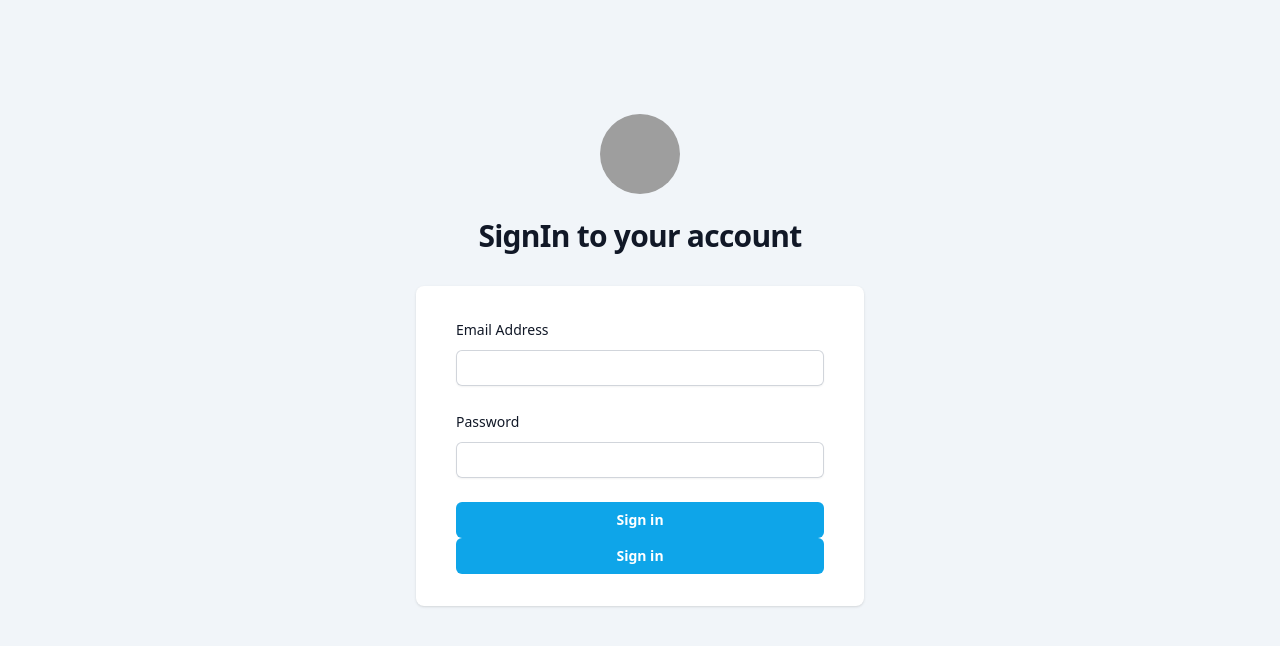
Repository: zecht12/zechtchat
Page: /
These files come from the project's save history. The page is drawn as it stood at one moment and after the next save; the edit follows.
The browser window is 1280 px wide. The pictures show the whole page.
Pictures or frames that could not be fetched are drawn as grey boxes. The page's requests for data from a server got no answer. The project was rebuilt for these pictures with package versions that can differ from the ones it lists, and the page was loaded fresh each time. The framework's server and built-in components were replaced by stand-ins that run in the browser. No one was signed in, and anything a server would have sent is missing. Also part of the build but not shown: next.config.js.

Above is the page before, as saved 2023-05-15 10:03:27.

### app/layout.tsx
import './globals.css'
import AuthContext from './context/AuthContext'

export const metadata = {
  title: 'ZechtChat',
  description: 'ZechtChat',
}

export default function RootLayout({
  children,
}: {
  children: React.ReactNode
}) {
  return (
    <html lang="en">
      <body>
        <AuthContext>
          {children}
        </AuthContext>
      </body>
    </html>
  )
}

### app/(site)/page.tsx
import Image from "next/image";
import Link from "next/link";
import { AuthForm } from "./components/AuthForm";

export default function Home() {
  return (
    <div className="flex min-h-full bg-slate-100 flex-col justify-center py-12 sm:px-6 lg:px-8">
      <div className="sm:mx-auto sm:w-full sm:max-w-md">
        <Link href="/">
          <Image src="/assets/logo.png" alt="logo" width={100} height={100} className="rounded-full w-[80px] mx-auto h-[80px] cursor-pointer hover:scale-110 " />
          <h2 className="mt-6 text-center font-bold text-3xl tracking-tight text-gray-900">
            SignIn to your account
          </h2>
        </Link>
      </div>
      <AuthForm/>
    </div>
  )
}

### app/globals.css
@tailwind base;
@tailwind components;
@tailwind utilities;

html,body,:root{
  height: 100%;
}

### app/context/AuthContext.tsx
"use client";

import { SessionProvider } from "next-auth/react";

export interface AuthContextProps {
    children: React.ReactNode;
}

export default function AuthContext({
    children
}: AuthContextProps) {
    return <SessionProvider>{children}</SessionProvider>;
}

### app/(site)/components/AuthForm.tsx
'use client';

import { signIn, useSession } from 'next-auth/react'
import { useRouter } from 'next/router';
import { FieldValues, SubmitHandler, useForm } from 'react-hook-form';
import React, { useCallback, useEffect, useState } from 'react'
import axios from 'axios';
import { toast } from "react-hot-toast";
import Input from '@/app/components/inputs/Input';
import Button from '@/app/components/Button';

type Variant = 'LOGIN' | 'REGISTER';

export const AuthForm = () => {
    const session = useSession();
    const router = useRouter();
    const [variant, setVariant] = useState<Variant>('LOGIN');
    const [isLoading, setIsLoading] = useState(false);

    useEffect(() => {
        if (session?.status === 'authenticated') {
            router.push('/conversations')
        }
    }, [session?.status, router]);

    const toggleVariant = useCallback(() => {
        if (variant === 'LOGIN') {
            setVariant('REGISTER');
        } else {
            setVariant('LOGIN');
        }
    }, [variant]);

        const {register,handleSubmit,formState: {errors,}} = useForm<FieldValues>({
            defaultValues: {
                name: '',
                email: '',
                password: ''
            }
        });

        const onSubmit: SubmitHandler<FieldValues> = (data) => {
            setIsLoading(true);
            if (variant === 'REGISTER') {
            axios.post('/api/register', data)
            .then(() => signIn('credentials', {
                ...data,
                redirect: false,
            }))
            .then((callback) => {
                if (callback?.error) {
                toast.error('Invalid credentials!');
                }
                if (callback?.ok) {
                router.push('/conversations')
                }
            })
            .catch(() => toast.error('Something went wrong!'))
            .finally(() => setIsLoading(false))
            }
            if (variant === 'LOGIN') {
            signIn('credentials', {
                ...data,
                redirect: false
            })
            .then((callback) => {
                if (callback?.error) {
                toast.error('Invalid credentials!');
                }
                if (callback?.ok) {
                router.push('/conversations')
                }
            })
            .finally(() => setIsLoading(false))
            }
        }

        const socialAction = (action: string) => {
            setIsLoading(true);
            signIn(action, { redirect: false })
            .then((callback) => {
                if (callback?.error) {
                toast.error('Invalid credentials!');
                }
                if (callback?.ok) {
                router.push('/conversations')
                }
            })
            .finally(() => setIsLoading(false));
        }

    return (
        <div className='mt-8 sm:mx-auto sm:w-full sm:max-w-md'>
            <div className='bg-white px-4 py-8 shadow sm:rounded-lg sm:px-10'>
                <form className='space-y-6' onSubmit={handleSubmit(onSubmit)}>
                    {variant === 'REGISTER' && (
                        <Input id='name' label='Name' register={register} errors={errors} />
                    )}
                    <Input id='email' label='Email Address' register={register} errors={errors} />
                    <Input id='password' label='Password' register={register} errors={errors} />
                    <div>
                        <Button disabled={isLoading} fullWidth type="submit">
                            {variant === 'LOGIN' ? 'Sign in' : 'Register'}
                        </Button>
                    </div>
                </form>
                <div>
                    <Button disabled={isLoading} fullWidth type="submit">
                        {variant === 'LOGIN' ? 'Sign in' : 'Register'}
                    </Button>
                </div>
            </div>
        </div>
    )
}

### app/components/inputs/Input.tsx
'use client';

import clsx from "clsx";
import { FieldErrors, FieldValues, UseFormRegister } from "react-hook-form";

interface InputProps {
    label: string;
    id: string;
    type?: string;
    required?: boolean;
    register: UseFormRegister<FieldValues>,
    errors: FieldErrors
    disabled?: boolean;
}

const Input: React.FC<InputProps> = ({label,id,register,required,errors,type = 'text',disabled,}) => {
    return (
        <div>
            <label htmlFor={id} className="block text-sm font-medium leading-6 text-gray-900">
                {label}
            </label>
            <div className="mt-2">
                <input id={id} type={type} autoComplete={id}disabled={disabled} {...register(id, { required })}className={clsx(`form-input block w-full rounded-md border-0 py-1.5 text-gray-900 shadow-sm ring-1 ring-inset ring-gray-300 placeholder:text-gray-400 focus:ring-2 focus:ring-inset focus:ring-sky-600 sm:text-sm sm:leading-6`, errors[id] && 'focus:ring-rose-500', disabled && 'opacity-50 cursor-default')}/>
            </div>
        </div>
    );
}

export default Input;

### app/components/Button.tsx
import clsx from "clsx";

interface ButtonProps {
    type?: "button" | "submit" | "reset" | undefined;
    fullWidth?: boolean;
    children?: React.ReactNode;
    onClick?: () => void;
    secondary?: boolean;
    danger?: boolean;
    disabled?: boolean;
}

const Button: React.FC<ButtonProps> = ({type = "button",fullWidth,children,onClick,secondary,danger,disabled,}) => {
    return (
        <button onClick={onClick} type={type} disabled={disabled} className={clsx(`flex justify-center rounded-md px-3 py-2 text-sm font-semibold focus-visible:outline focus-visible:outline-2 focus-visible:outline-offset-2 `,disabled && 'opacity-50 cursor-default',fullWidth && 'w-full',secondary ? 'text-gray-900' : 'text-white',danger && 'bg-rose-500 hover:bg-rose-600 focus-visible:outline-rose-600',!secondary && !danger && 'bg-sky-500 hover:bg-sky-600 focus-visible:outline-sky-600')}>
            {children}
        </button>
    );
}

export default Button;

### tailwind.config.js
/** @type {import('tailwindcss').Config} */
module.exports = {
  content: [
    './pages/**/*.{js,ts,jsx,tsx,mdx}',
    './components/**/*.{js,ts,jsx,tsx,mdx}',
    './app/**/*.{js,ts,jsx,tsx,mdx}',
  ],
  theme: {
    extend: {},
  },
  plugins: [
    require("@tailwindcss/forms")({
      strategy: 'class'
    })
  ],
}

Loaded but not shown: app/(site)/layout.tsx (common file)

After the next save:
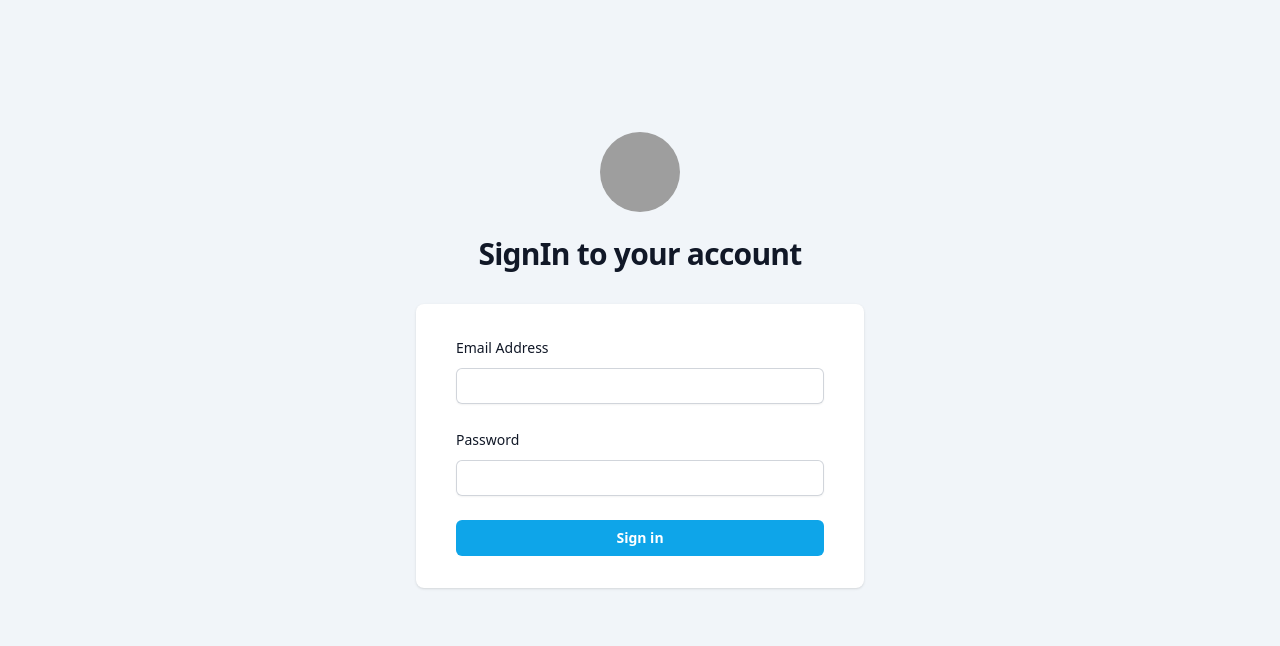
Saved 98 s later.
--- a/app/(site)/components/AuthForm.tsx
+++ b/app/(site)/components/AuthForm.tsx
@@ -105,9 +105,6 @@ export const AuthForm = () => {
                     </div>
                 </form>
                 <div>
-                    <Button disabled={isLoading} fullWidth type="submit">
-                        {variant === 'LOGIN' ? 'Sign in' : 'Register'}
-                    </Button>
                 </div>
             </div>
         </div>
